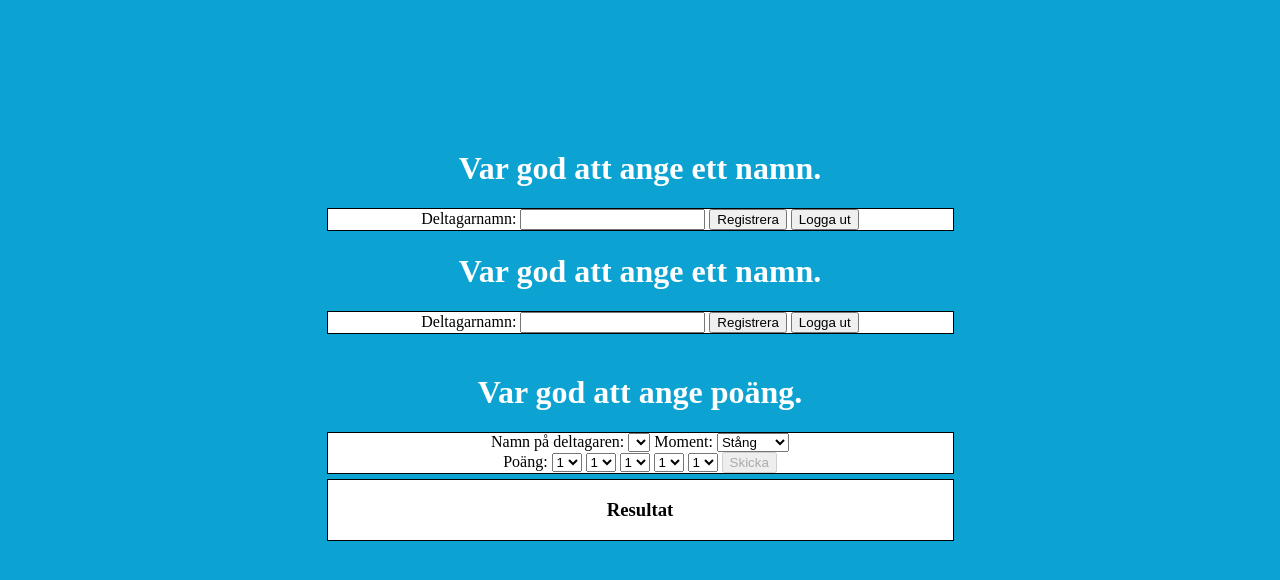
Repository: ms223uh/1dv404-tests
Page: www/logged.html
The author's editor kept a record of every edit. The page is drawn from the files as they stood at one moment, then again after the next edit.
The browser window is 1280 px wide. The pictures show the whole page.

Above is the page before.

### www/logged.html
<!DOCTYPE html>
<html lang="sv">

    <head>

        <meta charset="UTF-8">

        <title>Inloggning</title>
        <link rel="stylesheet" href="css/style.css">


       <script type="text/javascript" src="script/test.js"></script>
        <script type="text/javascript" src="script/logged.js"></script>


    </head>



    <body>


<div id="dataContainer">


    <h1>Var god att ange ett namn.</h1>


   <div id="dataBox">


   <form method="post" >

            Deltagarnamn: <input type="text" maxlength="18" name="addUser" id="addUser">


           <button type="submit" name="regUser" id="regUser">Registrera</button>

           <button type="submit" name="logOut" id="logOut">Logga ut</button>

          </form>



</div>





<h1>Var god att ange ett namn.</h1>


   <div id="dataBox">


   <form method="post" >

            Deltagarnamn: <input type="text" maxlength="18" name="addUser" id="addUser">


           <button type="submit" name="regUser" id="regUser">Registrera</button>

           <button type="submit" name="logOut" id="logOut">Logga ut</button>

          </form>



</div>





    <br>



    <h1>Var god att ange poäng.</h1>


   <div id="dataBox">

            <form method="post" id="res">

            Namn på deltagaren: <select name="name" id="name">

            </select>


            Moment: <select name="Moment" id="moment">
                <option value="Stång">Stång</option>
                <option value="Trampet">Trampet</option>
            </select>
    <br>
    Poäng: <select name="adding" id="adding">
                <option value="1">1</option>
                <option value="2">2</option>
                <option value="3">3</option>
                <option value="4">4</option>
                <option value="5">5</option>

            </select>

            <select name="adding" id="adding">
                <option value="1">1</option>
                <option value="2">2</option>
                <option value="3">3</option>
                <option value="4">4</option>
                <option value="5">5</option>

            </select>

            <select name="adding" id="adding">
                <option value="1">1</option>
                <option value="2">2</option>
                <option value="3">3</option>
                <option value="4">4</option>
                <option value="5">5</option>

            </select>

            <select name="adding" id="adding">
                <option value="1">1</option>
                <option value="2">2</option>
                <option value="3">3</option>
                <option value="4">4</option>
                <option value="5">5</option>

            </select>

            <select name="adding" id="adding">
                <option value="1">1</option>
                <option value="2">2</option>
                <option value="3">3</option>
                <option value="4">4</option>
                <option value="5">5</option>

            </select>


           <button type="submit" name="submit" id="submit">Skicka</button>


          </form>


        </div>

<div id="resultat">
            <h3>Resultat</h3>



        </div>

        </div>




    </body>



</html>

### www/css/style.css
body
{
    background: #0ca3d2;
}

#inlogBox
{
    width: 625px;
    height: 25px;
    border: solid 1px #000;
    background: #fff;

    text-align: center;
    margin-left: auto ;
    margin-right: auto ;
    position: relative;
    top: 50%;
    transform: translateY(600%);


}


#dataBox
{
    width: 625px;
    height: auto;
    border: solid 1px #000;
    background: #fff;

    text-align: center;
    margin-left: auto ;
    margin-right: auto ;



}


#resultat
{
     width: 625px;
    max-height: 395px;
    overflow-y: scroll;
    border: solid 1px #000;
    background: #fff;

    text-align: center;
    margin-left: auto ;
    margin-right: auto ;
    margin-top: 5px;




}

#dataContainer
{
    width: 630px;
    height: auto;
    text-align: center;
   margin-left: auto;
   margin-right: auto;
    margin-top: 150px;
}

#dataContainer h1{
    color: #fff;
}


#testBox{

   width: 630px;
    height: auto;
    text-align: center;
   margin-left: auto;
   margin-right: auto;
    margin-top: 50px;
    background-color: #fff;
    border: solid 1px #000;
}

### www/script/test.js



 window.onload = function(){


// Provar användarnamn
        var name = Main.userName;
        if (name === Main.Name) {

            console.log("Test OK!");

        }
        else{
            console.log("Test Fail!");
        }


        if (name != Main.Name) {

            console.log("Test2 OK!");

        }
        else{
            console.log("Test2 Fail!");
        }



        // Testar lösenord

        var word = Main.passWord;
        if (word === Main.Word) {

            console.log("Test OK!");
        }
        else{
            console.log("Test Fail!");
        }

   if (word != Main.Word) {

            console.log("Test2 OK!");
        }
        else{
            console.log("Test2 Fail!");
        }



// Kollar om användaren har lagt till en deltagare till arrayen eller ej.

var addChar = userMain.users;
if(addChar.length === null){
    console.log("Test3 OK! - Array = Empty.")
}
else
{
    console.log("Test3 Fail! - Array have item.")
}


// Kollar om värdet för

var Points = userMain.resTot;
if(Points === 1 || Points < 6){
    console.log("Test OK! - Points is in intervall between 1 and 5.");
}
else{
    console.log("Test Fail! - Ponts is not in intervall between 1 and 5.")
}



// Kollar om logga ut funktionen fungerar





    var send = document.getElementById("send");

    send.onclick = function(e){

        window.location = "startpage.html";

    };






};

### www/script/logged.js
"use strict"









var userMain = {

  users : [],
  summ : [],
  resTot : 0,

addUser : function(){
    document.getElementById("submit").disabled = true;
 var AddUser = document.getElementById("addUser");
 var optionName = document.getElementById("name");
 var RegUser = document.getElementById("regUser");
        RegUser.onclick =  function(e){
            document.getElementById("submit").disabled = false;
            e.preventDefault();
            userMain.users.push(AddUser.value);
            var option = document.createElement("option");
            option.innerHTML = AddUser.value;
            optionName.appendChild(option);
            console.log(userMain.users);

        };



},
















Start : function(){

    console.log("Load");

    var name = document.getElementById("name");

    var moment = document.getElementById("moment");
    var adding = document.getElementById("adding");
   var Submit = document.getElementById("submit");
   console.log();

var x = document.forms["res"]["name"].value;




    Submit.onclick = function(e){

        var sum = userMain.summ;

        var addArr = document.querySelectorAll("#adding");
        for (var i = 0; i < addArr.length; i++) {
                sum.push(addArr[i].value);
        }
        sum.sort();
        sum.splice(sum.length-1, 1);
        sum.splice(0, 1);
        console.log(sum);


        var totRes = userMain.resTot;
        var One = parseInt(sum[0]);
        var Two = parseInt(sum[1]);
        var Three = parseInt(sum[2]);
        totRes = Math.round(((One + Two + Three )/3));
        e.preventDefault();
        console.log(totRes);

        userMain.Add (name.value, moment.value, totRes);


        }

},



Add : function(namn, gren, points){


    var resultat = document.getElementById("resultat");
    var pTag = document.createElement("p");


    pTag.innerHTML += "<b>Namn på deltagaren:</b> " +namn +"<br />";
    pTag.innerHTML += "<b>Moment:</b> "+ gren +"<br />";
    pTag.innerHTML += "<b>Antal poäng:</b> "+ points +"<br />";

    resultat.appendChild(pTag);






},

logOut : function(){

 var logOut = document.getElementById("logOut");

        logOut.onclick =  function(e){

            e.preventDefault();

            alert("Tack för ditt besök - Välkommen åter!");

            window.location = "startpage.html";

        };



},



}




window.onload = function(){
    userMain.Start();
    userMain.logOut();
    userMain.addUser();

}

After the next edit:
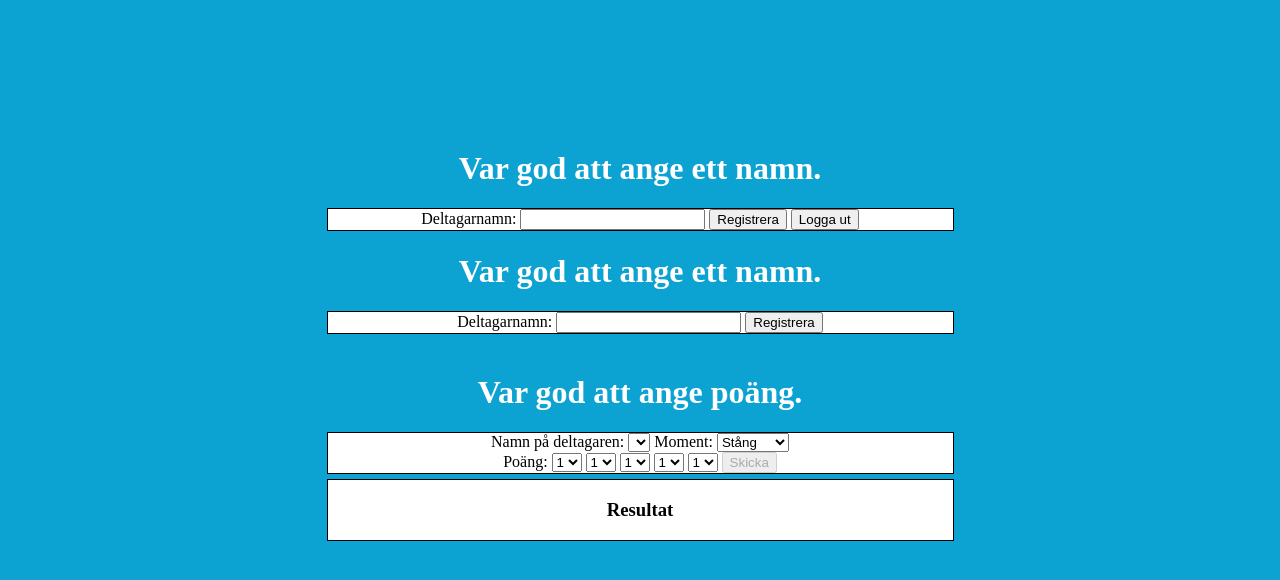
The edit:
--- a/www/logged.html
+++ b/www/logged.html
@@ -61,7 +61,7 @@
 
            <button type="submit" name="regUser" id="regUser">Registrera</button>
 
-           <button type="submit" name="logOut" id="logOut">Logga ut</button>
+
 
           </form>
 
